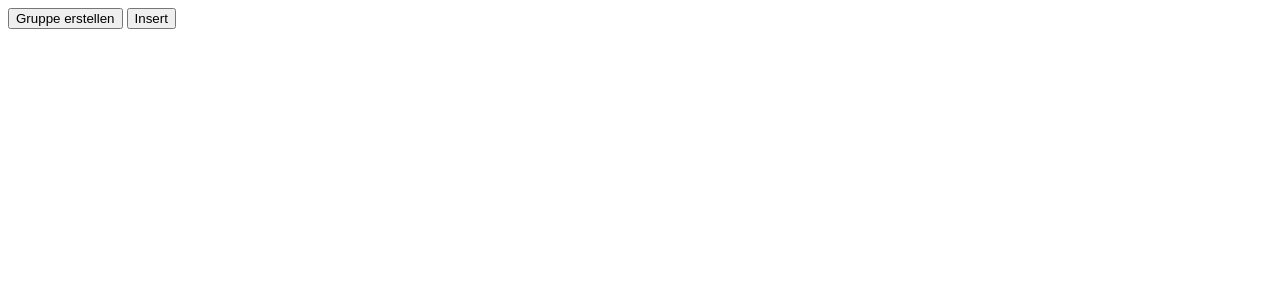
Repository: ubermanalex/DjCrowd
Page: ScaleYourFriends/online_home.html
An editor plug-in stored every save of this project. The page is shown before and after the next save, followed by the edit.
The browser window is 1280 px wide. The pictures show the whole page.

Above is the page before, as saved 2013-06-11 13:11:06.

After the next save:
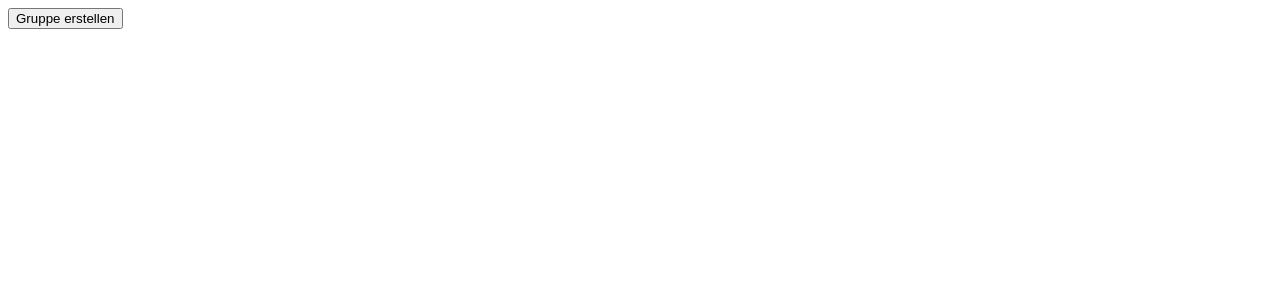
Saved 7 s later.
--- a/ScaleYourFriends/online_home.html
+++ b/ScaleYourFriends/online_home.html
@@ -28,7 +28,6 @@
 
 
 	<input value="Gruppe erstellen" onClick="insertItem('thumbs',0)" type="submit" id="newgroupbutton">
-	<input type='button' value='Insert'  >
 
 	<ul id="thumbs">
 

After the save that followed:
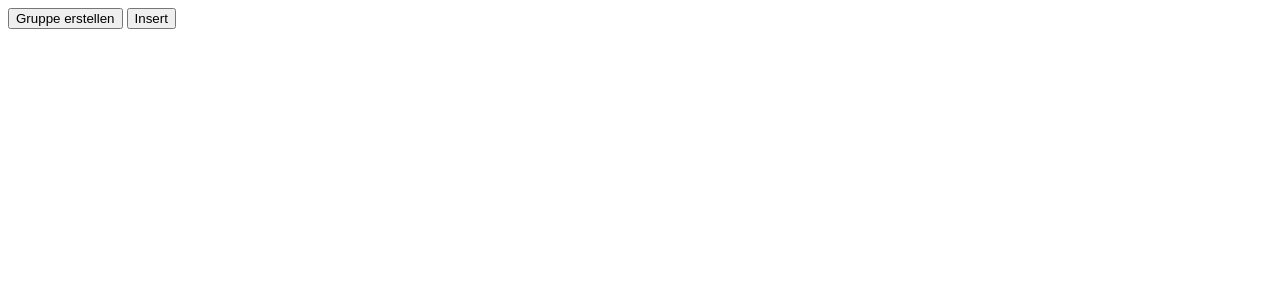
Saved 43 s later.
--- a/ScaleYourFriends/online_home.html
+++ b/ScaleYourFriends/online_home.html
@@ -28,6 +28,7 @@
 
 
 	<input value="Gruppe erstellen" onClick="insertItem('thumbs',0)" type="submit" id="newgroupbutton">
+	<input type='button' value='Insert'  >
 
 	<ul id="thumbs">
 
